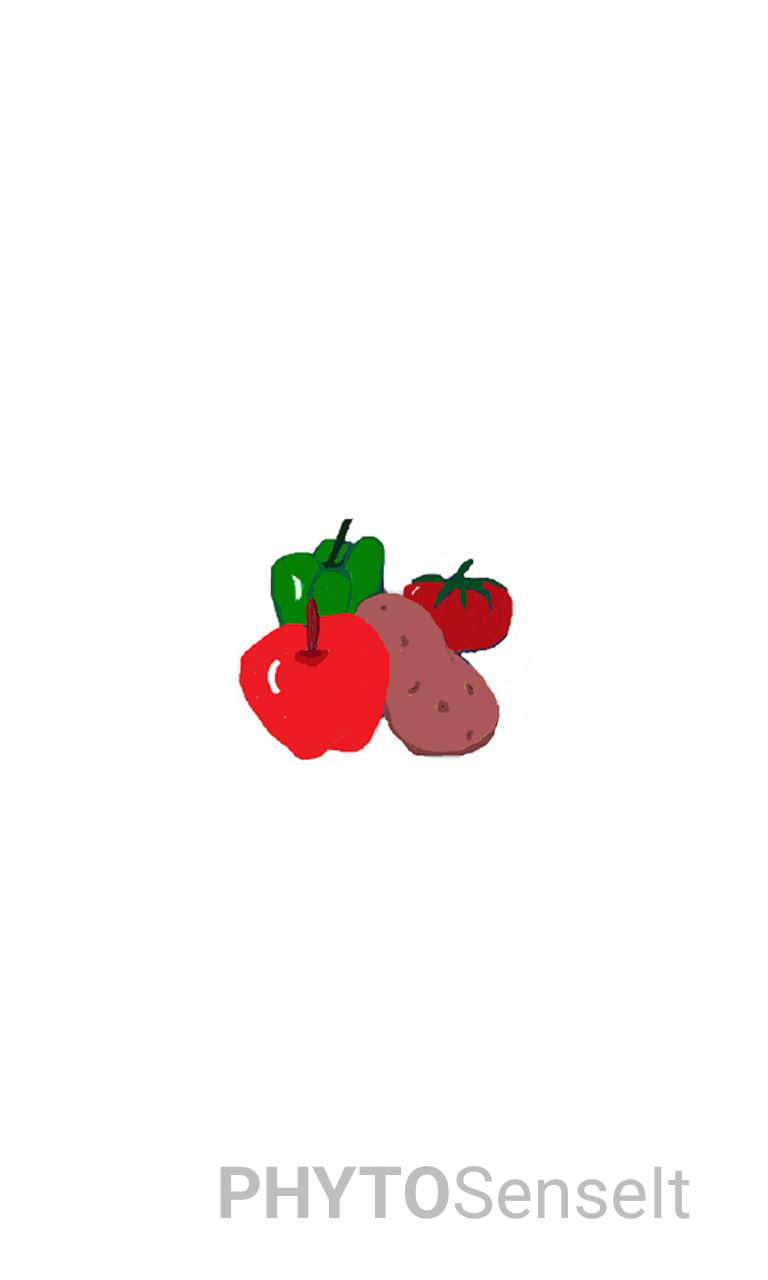
Repository: cephas-digital/phytosenseit
Layout: Eclipse Project /phyto_sense_it/res/layout/splashscreen.xml
These files come from the project's save history. The layout is drawn as it stood at one moment and after a run of saves; the edit follows.
It is drawn on a 768 x 1280 px phone screen (xhdpi) without system bars, with theme android:Theme.NoTitleBar.Fullscreen; the app's code is not run.

Above is the layout before, as saved 2015-07-28 05:47:53.

### Eclipse Project /phyto_sense_it/res/layout/splashscreen.xml
<?xml version="1.0" encoding="utf-8"?>
<RelativeLayout xmlns:android="http://schemas.android.com/apk/res/android"
    android:layout_width="match_parent"
    android:layout_height="match_parent"
    android:background="#FFFFFF" >

    <TextView
        android:id="@+id/textView2"
        android:layout_width="wrap_content"
        android:layout_height="wrap_content"
        android:layout_alignParentBottom="true"
        android:layout_alignParentRight="true"
        android:layout_marginBottom="21dp"
        android:layout_marginRight="38dp"
        android:text="SenseIt"
        android:textSize="36sp" />

    <TextView
        android:id="@+id/textView1"
        android:layout_width="wrap_content"
        android:layout_height="wrap_content"
        android:layout_alignBaseline="@+id/textView2"
        android:layout_alignBottom="@+id/textView2"
        android:layout_toLeftOf="@+id/textView2"
        android:text="PHYTO"
        android:textSize="36sp"
        android:textStyle="bold" />

    <ImageView
        android:id="@+id/splashscreen"
        android:layout_width="200dp"
        android:layout_height="200dp"
        android:layout_centerHorizontal="true"
        android:layout_centerVertical="true"
        android:src="@drawable/phytosenseit_icon" />

</RelativeLayout>

After the next 2 saves:
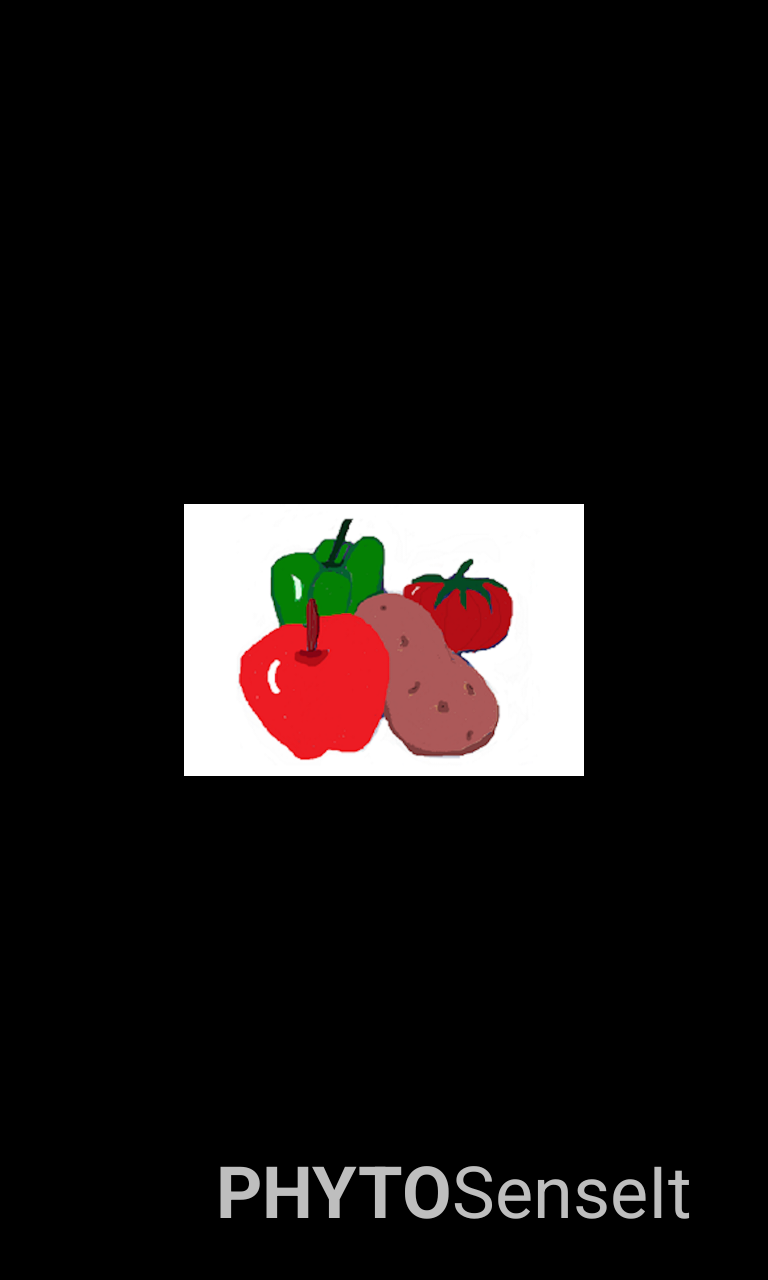
The 2 saves are shown as one change because 1 did not build or start.
The last was saved 4 min 30 s later.
--- a/Eclipse Project /phyto_sense_it/res/layout/splashscreen.xml
+++ b/Eclipse Project /phyto_sense_it/res/layout/splashscreen.xml
@@ -2,7 +2,7 @@
 <RelativeLayout xmlns:android="http://schemas.android.com/apk/res/android"
     android:layout_width="match_parent"
     android:layout_height="match_parent"
-    android:background="#FFFFFF" >
+     >
 
     <TextView
         android:id="@+id/textView2"
